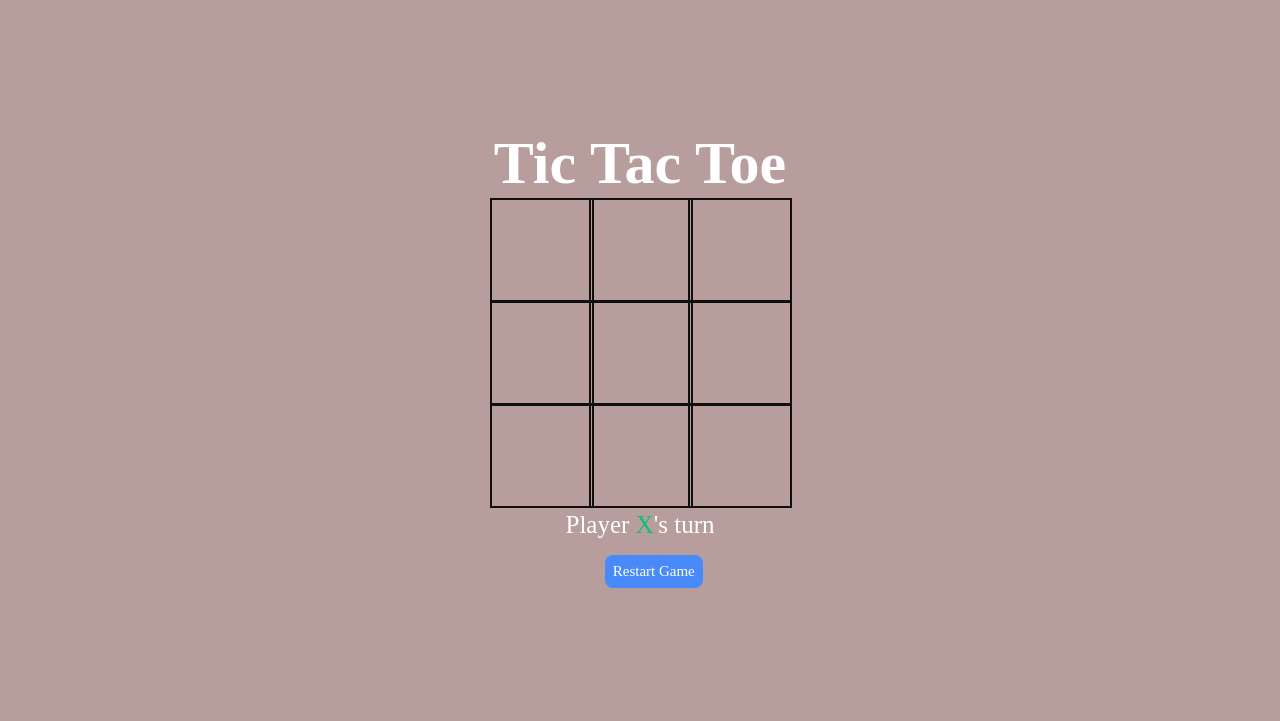
Repository: sedashahnazaryan/tic-tac-too
Page: index.html
An editor plug-in stored every save of this project. The page is shown before and after the next save, followed by the edit.
The browser window is 1280 px wide. The pictures show the whole page.

Above is the page before, as saved 2022-02-01 01:34:39.

### index.html
<!DOCTYPE html>
<html lang="en">
  <head>
    <meta charset="UTF-8" />
    <meta http-equiv="X-UA-Compatible" content="IE=edge" />
    <meta name="viewport" content="width=device-width, initial-scale=1.0" />
    <link rel="stylesheet" href="./index.css" />
    <title>Tic-Tac-Toe</title>
  </head>
  <main class="background">
    <section class="title">
        <h1>Tic Tac Toe</h1>
    </section>

    <section class="container">
        <div class="tile"></div>
        <div class="tile"></div>
        <div class="tile"></div>
        <div class="tile"></div>
        <div class="tile"></div>
        <div class="tile"></div>
        <div class="tile"></div>
        <div class="tile"></div>
        <div class="tile"></div>
    </section>
    <section class="display">
        Player <span class="display-player playerX">X</span>'s turn
    </section>
    <section class="display announcer hide"></section>
    <section class="controls">
        <button id="restart">Restart Game</button>
    </section>
</main>
  <body>
    <script src="index.js"></script>
  </body>
</html>

### index.css
* {
    padding: 0;
    margin: 0;
    font-family: 'Itim', cursive;
}
.background{
    background-color: #b89d9d;
    height: 100vh;
    padding-top: 1px;
}
.title{

    color: white;
    text-align: center;
    font-size: 40px;
    margin-top: 10%;
}
.display
{
    color:white;
    font-size: 25px;
    text-align: center;
    margin-top: 1px;
    margin-bottom: 1pc;
}
.hide{
    display: none;
}
.container {
    margin: 0 auto;
    display: grid;
    grid-template-columns: 33% 33% 33%;
    grid-template-rows: 33% 33% 33%;
    max-width: 300px;
}
.tile {
    border: 2px solid rgb(15, 15, 15);
    min-width: 100px;
    min-height: 100px;
    display: flex;
    justify-content: center;
    align-items: center;
    font-size: 50px;
    cursor: pointer;
}
.playerX {
    color: #09C372;
}

.playerO {
    color: #498AFB;
}
.contrtols{
    display: flex;
    flex-direction: row;
    justify-content:center;
    align-items: center;
    margin-top: 1cm;
}
#restart{
    background-color: #498AFB;
    color: white;
    padding: 8px;
    border-radius: 8px;
    border: none;
    font-size: 15px;
    margin-left: 16cm;
    cursor: pointer;

}

### index.js
window.addEventListener('DOMContentLoaded', () => {
    const tiles = Array.from(document.querySelectorAll('.tile'));
const playerDisplay = document.querySelector('.display-player');
const restartButton = document.querySelector('#restart');
const announcer = document.querySelector('.announcer');

let board = ['', '', '', '', '', '', '', '', ''];
let currentPlayer = 'X';
let isGameActive = true;

const PLAYERX_WON = 'PLAYERX_WON';
const PLAYERO_WON = 'PLAYERO_WON';
const TIE = 'TIE';

const winningConditions = [
    [0, 1, 2],
    [3, 4, 5],
    [6, 7, 8],
    [0, 3, 6],
    [1, 4, 7],
    [2, 5, 8],
    [0, 4, 8],
    [2, 4, 6]
 ];
 function handleResultValidation() {
    let roundWon = false;
    for (let i = 0; i <= 7; i++) {
      const winCondition = winningConditions[i];
      const a = board[winCondition[0]];
      const b = board[winCondition[1]];
      const c = board[winCondition[2]];
      if (a === "" || b === "" || c === "") {
        continue;
      }
      if (a === b && b === c) {
        roundWon = true;
        break;
      }
    }

    if (roundWon) {
      announce(currentPlayer === "X" ? PLAYERX_WON : PLAYERO_WON);
      isGameActive = false;
      return;
    }

    if (!board.includes(""))
    announce(TIE);
  }
 const announce = (type) => {
    switch(type){
       case PLAYERO_WON:
            announcer.innerHTML = 'Player <span class="playerO">O</span> Won';
            break;
       case PLAYERX_WON:
            announcer.innerHTML = 'Player <span class="playerX">X</span> Won';
            break;
       case TIE:
            announcer.innerText = 'Tie';
        }
    announcer.classList.remove('hide');
};
const isValidAction = (tile) => {
    if (tile.innerText === 'X' || tile.innerText === 'O'){
        return false;
    }

    return true;
};
const updateBoard =  (index) => {
    board[index] = currentPlayer;
 }
 const changePlayer = () => {
    playerDisplay.classList.remove(`player${currentPlayer}`);
    currentPlayer = currentPlayer === 'X' ? 'O' : 'X';
    playerDisplay.innerText = currentPlayer;
    playerDisplay.classList.add(`player${currentPlayer}`);
}
 const userAction = (tile, index) => {
    if (isValidAction(tile) && isGameActive) {
      tile.innerText = currentPlayer;
      tile.classList.add(`player${currentPlayer}`);
      updateBoard(index);
      handleResultValidation();
      changePlayer();
    }
  };
  const restartBoard = () => {
    board = ['', '', '', '', '', '', '', '', ''];
    isGameActive = true;
    announcer.classList.add('hide');

    if (currentPlayer === 'O') {
        changePlayer();
    }

    tiles.forEach(tile => {
        tile.innerText = '';
        tile.classList.remove('playerX');
        tile.classList.remove('playerO');
    });
}
 tiles.forEach( (tile, index) => {
    tile.addEventListener('click', () => userAction(tile, index));
});
    restartButton.addEventListener('click', restartBoard);

  });



// let board =[
//     ["-","-","-"],
//     ["-","-","-"],
//     ["-","-","-"]
// ];
// let boardStr =board[0].join(" ")+
// "\n"+
// board[1].join(" ")+
// "\n"+
// board[2].join(" ");

After the next save:
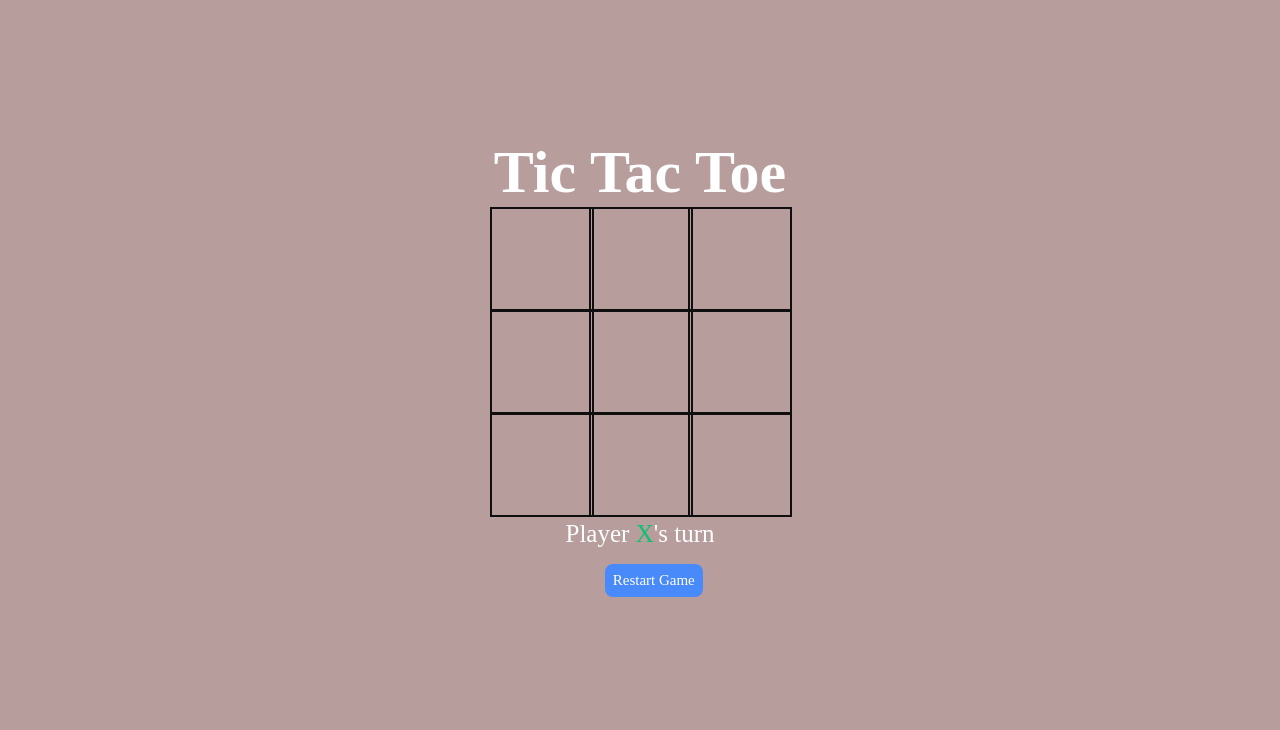
Saved 17 s later.
--- a/index.css
+++ b/index.css
@@ -6,7 +6,7 @@
 .background{
     background-color: #b89d9d;
     height: 100vh;
-    padding-top: 1px;
+    padding-top: 10px;
 }
 .title{
 

After the save that followed:
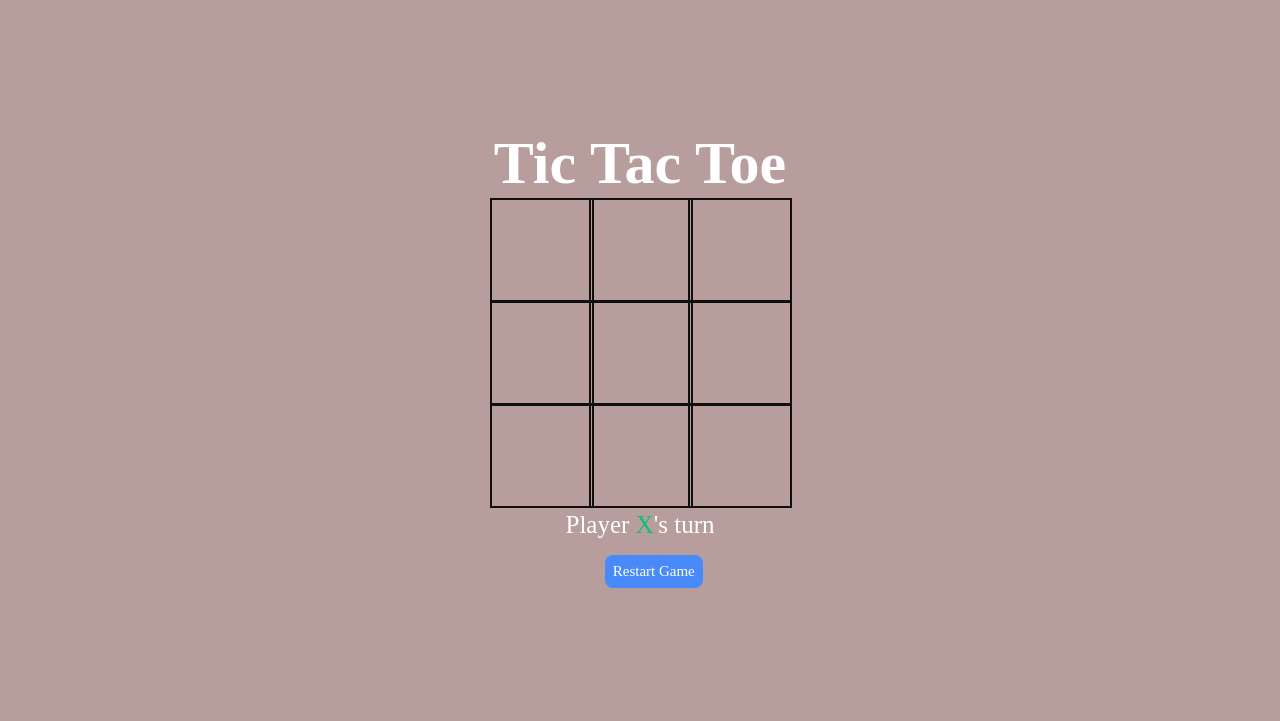
Saved 4 s later.
--- a/index.css
+++ b/index.css
@@ -6,7 +6,7 @@
 .background{
     background-color: #b89d9d;
     height: 100vh;
-    padding-top: 10px;
+    padding-top: 1px;
 }
 .title{
 
